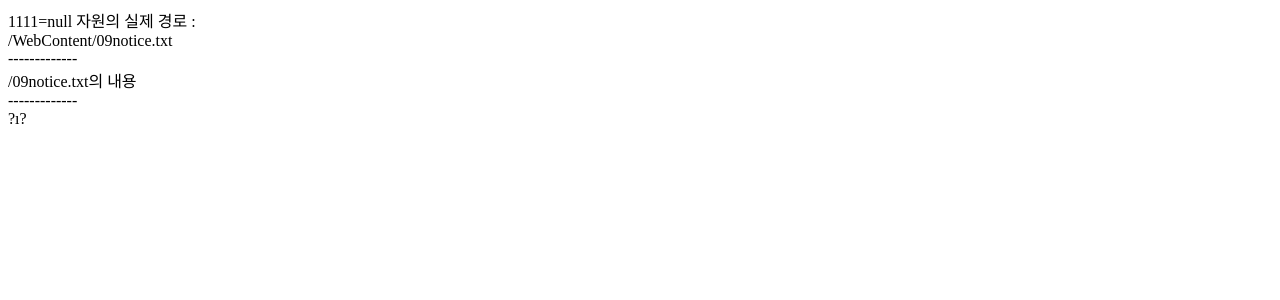
Repository: eParkjongtaek/lovedisket
Page: http://localhost/KH18_1/0906/0906_2/10readResourceUsingApplication.jsp
The author's editor kept a copy of each file at every save. The page is drawn from the files as they stood at one save, then again after a run of saves.
The browser window is 1280 px wide. The pictures show the whole page.
The page is served by Tomcat 9.

Above is the page before, as saved 2017-09-06 03:30:23.

After the next 3 saves:
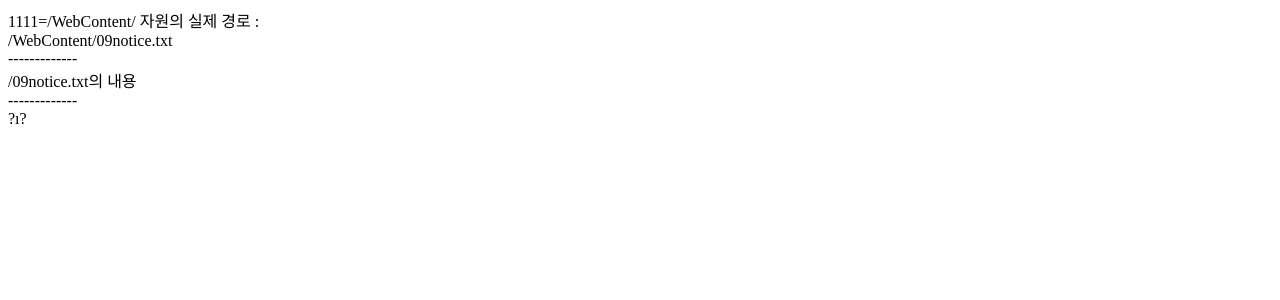
The 3 saves are shown as one change because 2 did not build or start.
The last was saved 2 min 10 s later.
--- a/source/KH18_1/WebContent/0906/0906_2/10readResourceUsingApplication.jsp
+++ b/source/KH18_1/WebContent/0906/0906_2/10readResourceUsingApplication.jsp
@@ -6,7 +6,7 @@
 	<%
 		String resourcePath = "/09notice.txt";
 	%>
-	1111=<%=request.getSession().getServletContext().getRealPath("../")%>
+	1111=<%=request.getSession().getServletContext().getRealPath("./")%>
 	자원의 실제 경로 : <br>
 	<%=application.getRealPath(resourcePath) %>
 	<br>
